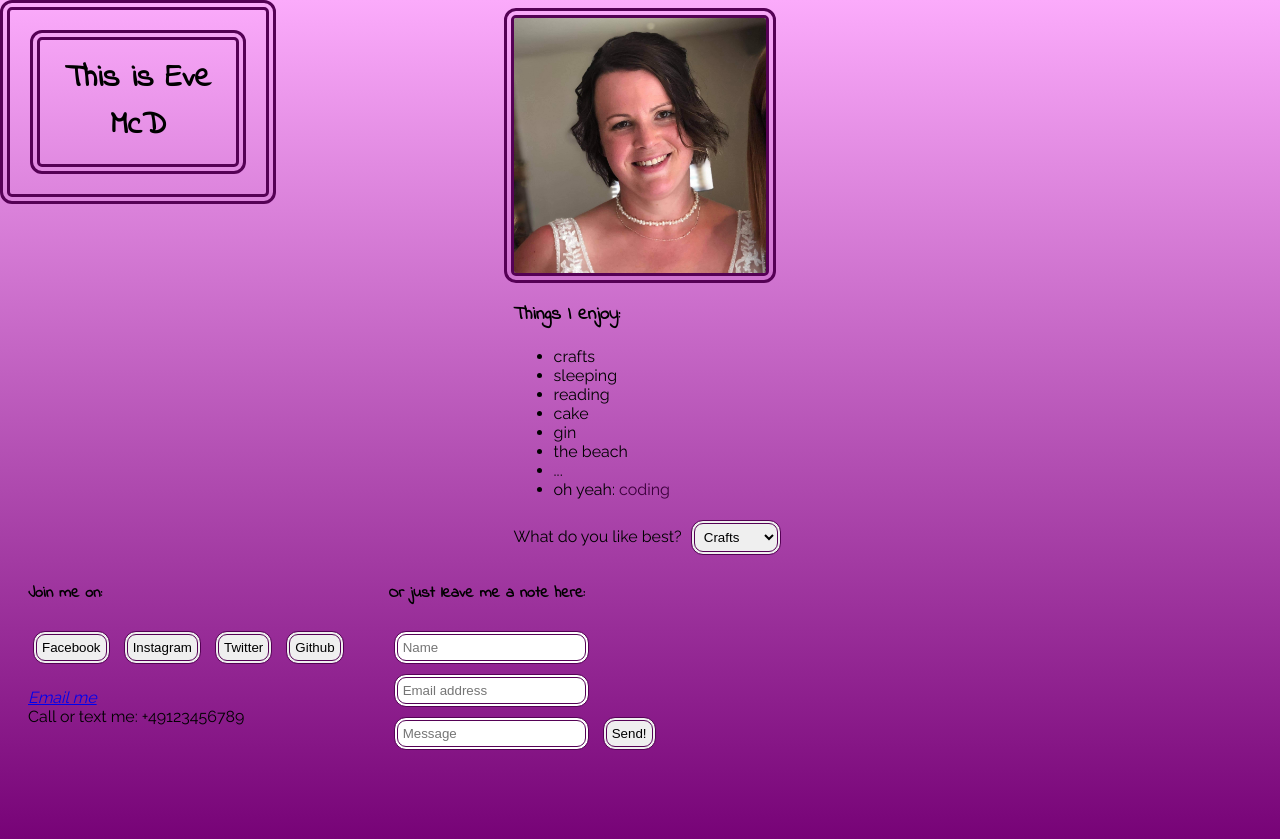
Repository: evemcd/Strive-Ignite-W1
Page: index.html
These files come from the project's save history. The page is drawn as it stood at one moment and after the next save; the edit follows.
The browser window is 1280 px wide. The pictures show the whole page.

Above is the page before, as saved 2021-01-17 20:32:34.

### index.html
<!DOCTYPE html>
<html>

<head>
    <title>Eve McDermott</title>
    <link rel="stylesheet" href="styles.css" />
    <link rel="preconnect" href="https://fonts.gstatic.com">
    <link rel="preconnect" href="https://fonts.gstatic.com">
    <link href="https://fonts.googleapis.com/css2?family=Indie+Flower&family=Raleway&display=swap" rel="stylesheet">
    <meta name="viewport" content="width=device-width, initial-scale=1.0">
</head>

<body>
    <div id="header">
        <div class="header-title">
            <h1>This is Eve McD</h1>
        </div>
        <div class="header-image">
            <img src="Eve.jpg" class="center" alt="photo of Eve McD" />
        </div>
    </div>
    <div class="hobbies">
        <h3>Things I enjoy:</h3>
        <ul>
            <li>crafts</li>
            <li>sleeping</li>
            <li>reading</li>
            <li>cake</li>
            <li>gin</li>
            <li>the beach</li>
            <li>...</li>
            <li>oh yeah: <span style="color: rgb(59, 0, 59);">coding</span></li>
        </ul>
    </div>

    <div class="hobbies">
        <label for="hobbies">What do you like best?</label>
        <select name="hobbies" id="hobbies" class="socialbutton">
            <option value="crafts">Crafts</option>
            <option value="sleeping">Sleeping</option>
            <option value="reading">Reading</option>
            <option value="cake">Cake</option>
            <option value="gin">Gin</option>
            <option value="beach">Beach</option>
            <option value="coding">Coding</option>
        </select>
    </div>
    <div class="container">
        <div class="div1">
            <h4>Join me on:</h4>
            <input type="button" href="www.facebook.com" value="Facebook" class="socialbutton" />
            <input type="button" href="www.instagram.com" value="Instagram" class="socialbutton" />
            <input type="button" href="www.twitter.com" value="Twitter" class="socialbutton" />
            <input type="button" href="www.github.com" value="Github" class="socialbutton" />
            <br><br>
            <address>
                <a href="mailto:eve@mcdermott.com">Email me </a>
            </address>
            Call or text me: +49123456789
            </p>
        </div>
        <div class="div1">
            <form>
                <h4>Or just leave me a note here:</h4>
                <input type="text" placeholder="Name" class="socialbutton" /><br>
                <input type="email" placeholder="Email address" class="socialbutton" /><br>
                <input type="text" placeholder="Message" class="socialbutton" />
                <input type="button" value="Send!" class="socialbutton" />
            </form>
        </div>
    </div>
    </div>
    <br><br><br><br>

</body>

</html>

### styles.css
body {
    background: rgb(251, 171, 251);
    background: linear-gradient(180deg, rgba(251, 171, 251, 1) 0%, rgba(119, 3, 119, 1) 100%);
    font-family: Raleway;
}

.div1 {
    display: inline-block;
    /* width: 40%; */
    vertical-align: top;
    margin: 0px 20px 0px 20px;
}

.container {
    display: flex;
    flex-flow: column wrap;
    flex-direction: row;
    justify-content: flex-start;
}

h1 {
    padding: 15px;
    margin: 20px;
    border: 10px double rgb(85, 1, 85);
    border-radius: 12px;
    text-align: center;
}

h1,
h2,
h3,
h4,
h5,
h6 {
    font-family: Indie Flower;
}

.textcenter {
    text-align: center;
}

.center {
    display: block;
    margin-left: auto;
    margin-right: auto;
    width: 20%;
    border: 10px double rgb(85, 1, 85);
    border-radius: 12px;
}

/* #header {
    width: 100%;
    height: 30vh;
    position: relative;
    background-color: red;
} */

/* .box1 {
    width: 100px;
    height: 100px;
    background-color: green;
    position: absolute;
    top: 10px;
    left: 10px;
    z-index: 2;
} */

.header-title {
    width: 20%;
    position: absolute;
    top: 0;
    left: 0;
    border: 10px double rgb(85, 1, 85);
    border-radius: 12px;
}

.socialbutton {
    border: 4px double rgb(85, 1, 85);
    border-radius: 12px;
    padding: 5px;
    margin: 5px;
}

.hobbies {
    margin-left: 40%;
}

@media screen and (max-width: 992px) {
    .div1 {
        display: inline-block;
        width: 100%;
        vertical-align: top;
    }

    .hobbies {
        margin-left: 10%;
    }
}

After the next save:
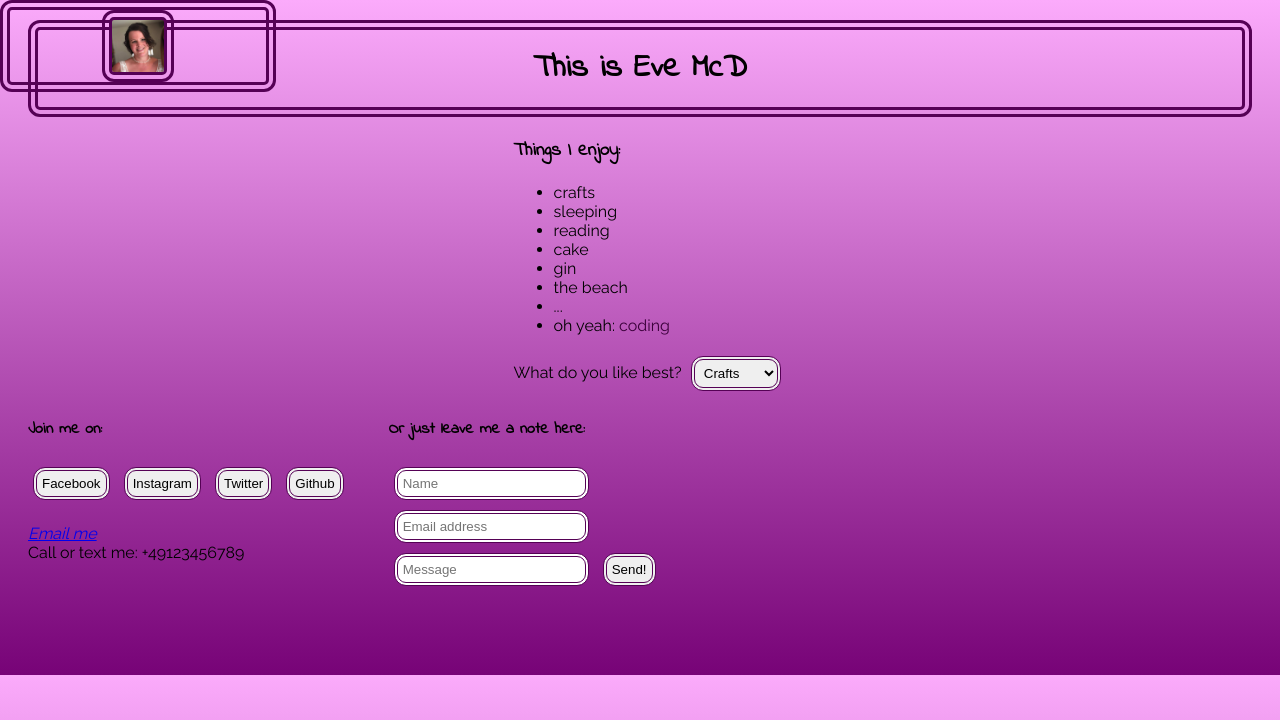
Saved 2 min 14 s later.
--- a/styles.css
+++ b/styles.css
@@ -65,7 +65,7 @@ h6 {
     z-index: 2;
 } */
 
-.header-title {
+.header-image {
     width: 20%;
     position: absolute;
     top: 0;
